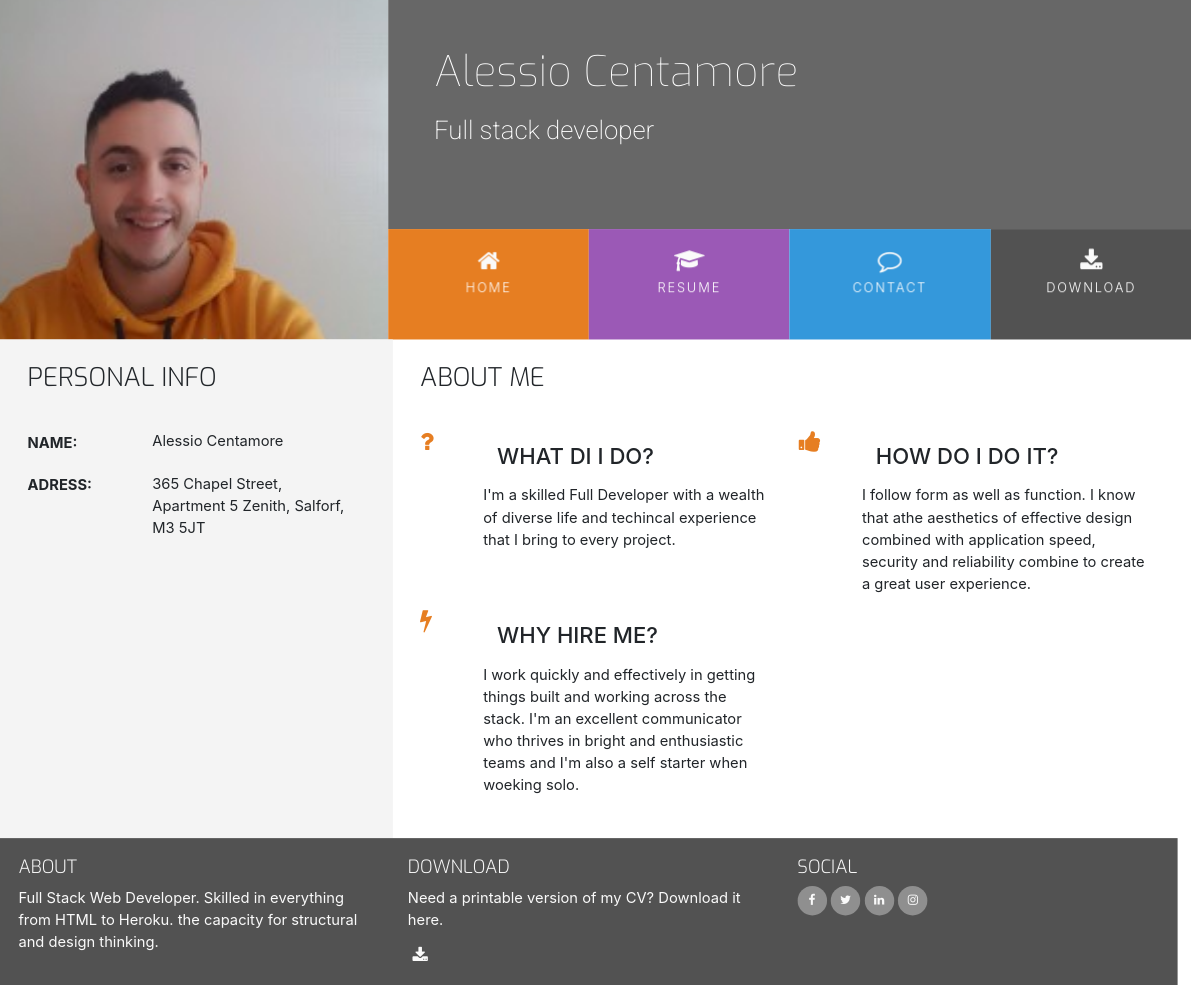
Repository: Baal89/Resume
Page: index.html
The author's editor kept a record of every edit. The page is drawn from the files as they stood at one moment, then again after the next edit.
The browser window is 1280 px wide. The page is 1295 px wide, so the pictures cover 1295 px, including what lies to the right of the window. The pictures show the whole page, at 92% of full size.

Above is the page before.

### index.html
<!DOCTYPE html>
<html lang="en">

<head>
    <meta charset="UTF-8">
    <meta name="viewport" content="width=device-width, initial-scale=1.0">
    <meta http-equiv="X-UA-Compatible" content="ie=edge">
    <link rel="stylesheet" href="https://stackpath.bootstrapcdn.com/bootstrap/4.4.1/css/bootstrap.min.css" integrity="sha384-Vkoo8x4CGsO3+Hhxv8T/Q5PaXtkKtu6ug5TOeNV6gBiFeWPGFN9MuhOf23Q9Ifjh" crossorigin="anonymous">
    <link href="https://stackpath.bootstrapcdn.com/font-awesome/4.7.0/css/font-awesome.min.css" rel="stylesheet" integrity="sha384-wvfXpqpZZVQGK6TAh5PVlGOfQNHSoD2xbE+QkPxCAFlNEevoEH3Sl0sibVcOQVnN" crossorigin="anonymous">
    <link rel="stylesheet" href="https://cdnjs.cloudflare.com/ajax/libs/hover.css/2.3.1/css/hover-min.css" type="text/css" />
    <link rel="stylesheet" href="assets/css/style.css" type="text/css" />
    <title>Alessio</title>
</head>

<body>

    <header>
        <div class="row">
            <a href="index.html" class="col-md-4 logo px-0">

            </a>
            <div class="col-md-8">
                <div class="row bg-color-name-title">
                    <div class="col heading px-0">
                        <h1 class="name">Alessio Centamore</h1>
                        <h2 class="title">Full stack developer</h2>
                    </div>
                </div>
                <div class="row">
                    <div class="col px-0">
                        <ul id="nav" class="list-inline menu-container">
                            <li class="col-6 col-sm-3 ui-menu-color-home list-inline-item menuitem">
                                <a href="#" class="hvr-sweep-to-bottom"><i class="fa fa-home" aria-hidden="true"></i><span>Home</span></a>
                            </li>
                            <li class="col-6 col-sm-3 ui-menu-color-resume list-inline-item menuitem">
                                <a href="#" class="hvr-sweep-to-bottom"><i class="fa fa-graduation-cap" aria-hidden="true"></i><span>Resume</span></a>
                            </li>
                            <li class="col-6 col-sm-3 ui-menu-color-contact list-inline-item menuitem">
                                <a href="#" class="hvr-sweep-to-bottom"><i class="fa fa-comment-o" aria-hidden="true"></i><span>Contact</span></a>
                            </li>
                            <li class="col-6 col-sm-3 ui-menu-color-download list-inline-item menuitem">
                                <a href="#" class="hvr-sweep-to-bottom"><i class="fa fa-download" aria-hidden="true"></i><span>Download</span></a>
                            </li>
                        </ul>
                    </div>
                </div>
            </div>
        </div>
    </header>

    <section class="container-fluid">
        <div class="row">
            <div class="col-md-4 bg-color-personal-info section-column">
                <div class="row">
                    <div class="col-12">
                        <h3 class="section-heading uppercase">Personal info</h3>
                    </div>
                </div>
                <div class="personal-info-item">
                    <div class="key">
                        <p class="uppercase">
                            Name:
                        </p>
                    </div>
                    <div class="value">
                        <p>
                            Alessio Centamore
                        </p>
                    </div>
                </div>
                <div class="personal-info-item">
                    <div class="key">
                        <p class="uppercase">
                            Adress:
                        </p>
                    </div>
                    <div class="value">
                        <p>
                            365 Chapel Street, Apartment 5 Zenith, Salforf, M3 5JT
                        </p>
                    </div>
                </div>
            </div>
            <div class="col-md-8 color-three-reasons section-column">
                <div class="row">
                    <div class="col">
                        <h3 class="section-heading uppercase">about me</h3>
                    </div>
                </div>
                <div class="row">
                    <div class="col-10 offset-1 offset-sm-0 col-sm-4 col-md-6">
                        <div class="row">
                            <div class="col-2">
                                <i class="three-resons-icon fa fa-question" aria-hidden="true"></i>
                            </div>
                            <div class="col-10">
                                <h4 class="three-reasons-heading uppercase">What di I do?</h4>
                                <p>I'm a skilled Full Developer with a wealth of diverse life and
                                techincal experience that I bring to every project.</p>
                            </div>
                        </div>
                    </div>
                    <div class="col-10 offset-1 offset-sm-0 col-sm-4 col-md-6">
                        <div class="row">
                            <div class="col-2">
                                <i class="three-resons-icon fa fa-thumbs-up" aria-hidden="true"></i>
                            </div>
                            <div class="col-10">
                                <h4 class="three-reasons-heading uppercase">How do I do it?</h4>
                                <p>I follow form as well as function. I know that athe aesthetics of effective
                                design combined with application speed, security and reliability combine to
                                create a great user experience.</p>
                            </div>
                        </div>
                    </div>
                    <div class="col-10 offset-1 offset-sm-0 col-sm-4 col-md-6">
                        <div class="row">
                            <div class="col-2">
                                <i class="three-resons-icon fa fa-bolt" aria-hidden="true"></i>
                            </div>
                            <div class="col-10">
                                <h4 class="three-reasons-heading uppercase">Why hire me?</h4>
                                <p>I work quickly and effectively in getting things built and working across the stack. I'm an excellent
                                communicator who thrives in bright and enthusiastic teams and I'm also a self starter when woeking solo.</p>
                            </div>
                        </div>
                    </div>
                </div>
            </div>
        </div>
    </section>

    <footer class="container-fluid" id="footer-details">
        <div class="row">
            <div class="col-sm-4">
                <h5 class="uppercase general-sub">About</h5>
                <p class="inline-block">Full Stack Web Developer. Skilled in everything from HTML to Heroku. the capacity for structural and design thinking.</p>
            </div>
            <div class="col-sm-4">
                <h5 class="uppercase general-sub">Download</h5>
                <p class="inline-block">Need a printable version of my CV? Download it here.</p>
                <a href="#" target="_blank" class="cv-pdf">
                    <i class="fa fa-download" aria-hidden="true"></i>
                    <span class="sr-only">Download link.</span>
                </a>
            </div>
            <div class="col-sm-4">
                <h5 class="uppercase general-sub">Social</h5>
                <ul class="list-inline social-links">
                    <li class="list-inline-item">
                        <a target="_blank" href="#">
                            <i class="fa fa-facebook" aria-hidden="true"></i>
                            <span class="sr-only">Facebook</span>
                        </a>
                    </li>
                     <li class="list-inline-item">
                        <a target="_blank" href="#">
                            <i class="fa fa-twitter" aria-hidden="true"></i>
                            <span class="sr-only">Twitter</span>
                        </a>
                    </li>
                     <li class="list-inline-item">
                        <a target="_blank" href="#">
                            <i class="fa fa-linkedin" aria-hidden="true"></i>
                            <span class="sr-only">Linkedin</span>
                        </a>
                    </li>
                     <li class="list-inline-item">
                        <a target="_blank" href="#">
                            <i class="fa fa-instagram" aria-hidden="true"></i>
                            <span class="sr-only">Instagram</span>
                        </a>
                    </li>
                </ul>
            </div>
        </div>
    </footer>

</body>

</html>

### assets/css/style.css
@import url('https://fonts.googleapis.com/css?family=Roboto:100,200,300,400,500,600,700|Exo:100,200,300,400,500,600,700&display=swap');


/*-----------------------------------------------------------------Colors */

.bg-color-name-title {
    background-color: #676767;
}

.bg-color-three-resons {
    background-color: #fff;
}

.bg-color-personal-info {
    background-color: #f4f4f4
}

.bg-color-personal-work-history {
    background-color: #9b59b6;
}

.ui-menu-color-home {
    background-color: #e67e22;
}

.ui-menu-color-resume {
    background-color: #9b59b6;
}

.ui-menu-color-contact {
    background-color: #3498db;
}

.ui-menu-color-download {
    background-color: #525252;
}

/* ---------------------------------------------------------------Special padding/margins/text */

h1,
h2,
h3,
h4 {
    margin: 0;
}

.uppercase {
    text-transform: uppercase;
}

.general-sub {
    font-family: "Exo", sans-serif;
    font-weight: 300;
    color: #fafafa;
}

.inline-block {
    display: inline-block;
}

.row-table {
    display: table;
}

.section-column {
    display: table-cell;
    padding: 0 30px 30px;
    float: none;
}

.section-heading,
.history-heading {
    font-family: "Exo", sans-serif;
    font-weight: 300;
    margin-top: 25px;
    margin-bottom: 40px;
}

/* ---------------------------------------------------------------Heading */

header {
    margin: 0;
}

.heading {
    margin-left: 50px;
}

.logo {
    background-image: url("../img/Alessio.jpg");
    background-position: center;
    background-repeat: no-repeat;
    background-size: cover;
    min-height: 360px;
    transition: all .5s ease-in-out;
    -moz-transition: all .5s ease-in-out;
    -webkit-transition: all .5s ease-in-out;
}

.name {
    font-family: Exo, sans-serif;
    font-weight: 100;
    font-size: 46px;
    margin-top: 50px;
    color: #ffffff;
}

.title {
    font-family: Roboto, sans-serif;
    font-weight: 200;
    font-size: 28px;
    margin-top: 20px;
    margin-bottom: 90px;
    color: #ffffff;
}

.list-inline-item:not(:last-child) {
    margin-right: 0 !important;
}

.menu-container {
    font-size: 0;
}

#nav li {
    font-size: 14px;
    padding: 0;
}

.menuitem {
    height: 120px;
    text-align: center;
    padding: 0;
}

.menuitem a {
    width: 100%;
    text-decoration: none;
    color: #fff;
    height: 120px;
}

.menuitem i {
    padding-top: 22px;
    display: block;
    color: #fafafa;
    font-size: 26px;
}

.menuitem span {
    display: block;
    width: 100%;
    padding-top: 5px;
    text-align: center;
    text-transform: uppercase;
    font-size: 14px;
    font-weight: 300;
    letter-spacing: 2px;
}

#nav {
    margin: 0;
}

/* ---------------------------------------------------------------Hover */

.hvr-sweep-to-bottom:before {
    background-color: rgba(0,0,0, 0.2);
    height: 120px;
}

/* --------------------------------------------------------------Footer */

footer {
    background-color: #525252;
    color: #fafafa;
    min-height: 120px;
    margin: 0;
}

.cv-pdf i {
    font-size: 18px;
    color: #fafafa;
    text-align: center;
    padding-left: 5px;
    transition: all 0.35s ease-in-out;
    -moz-0transition: all 0.35s ease-in-out;
    -webkit-transition: all 0.35s ease-in-out;
    -o-transition: all 0.35s ease-in-out;
}

.cv-pdf i:hover {
    color: #e84610;
}

.social-links {
    padding-bottom: 15px;
}

.social-links li a i {
    width: 32px;
    height: 32px;
    padding: 12px 0;
    border-radius: 50%;
    font-size: 13px;
    line-height: 7px;
    text-align: center;
    color: #fafafa;
    background-color: #8f8f8f;
    transition: all 0.35s ease-in-out;
    -moz-0transition: all 0.35s ease-in-out;
    -webkit-transition: all 0.35s ease-in-out;
    -o-transition: all 0.35s ease-in-out;
}

.social-links li a i:hover {
    background-color: #e84610;
}

#footer-details {
    padding: 20px;
}

/* --------------------------------------------------------------three reasons */


.three-resons-icon {
    font-size: 26px;
    color: #e67e22;
}

.three-reasons-heading {
    margin: 15px;
}

/* --------------------------------------------------------------Personal info*/

.personal-info-item {
    margin-bottom: 20px;
    display: block;
    clear: both;
}

.personal-info-item .key,
.personal-info-item .value {
    padding-right: 8px;
    display: inline-block;
}

.personal-info-item .key p,
.personal-info-item .value p {
    margin: 0;
}

.personal-info-item .key {
    width: 30%;
    margin-right: 21px;
    padding-top: 2px;
    vertical-align: top;
}

.personal-info-item .key p {
    font-weight: 700;
}

.personal-info-item .value {
    position: relative;
    width: 60%;
}

/* --------------------------------------------------------------skills */

.progress {
    position: relative;
    height: 25px;
    margin-bottom: 4px;
}

.progress-type {
    position: absolute;
    left: 0px;
    font-weight: 400;
    padding: 3px 30px 2px 10px;
    color: #fafafa;
    background-color: rgba(25, 25, 25, 0.2);
}

.progress-section {
    margin: 40px 20px;
}

/* ---------------------------------------------------------------work history */

.history-heading {
    color: #fafafa;
    margin-bottom: 50px;
}

.timeline-item {
    padding: 43em 2em 0em 2em;
    position: relative;
    color: #fafafa;
    border-left: 1px solid;
}

.timeline-item p {
    padding: 0;
    margin: 0;
}

.timeline-item:before {
    content: attr(data-dates);
    position: absolute;
    left: 2.5em;
    top: 3em;
    display: block;
    font-family: "Exo" , sans-serif;
    font-weight: 500;
    font-size: 0.8em;
    padding: 0;
    margin: 0;
}

.tiimeline-item:after {
    width: 12px;
    height: 12px;
    display: block;
    top: 2.4em;
    position: absolute;
    left: -6px;
    border-radius: 12px;
    content: "";
    background-color: #fafafa;
}

After the next edit:
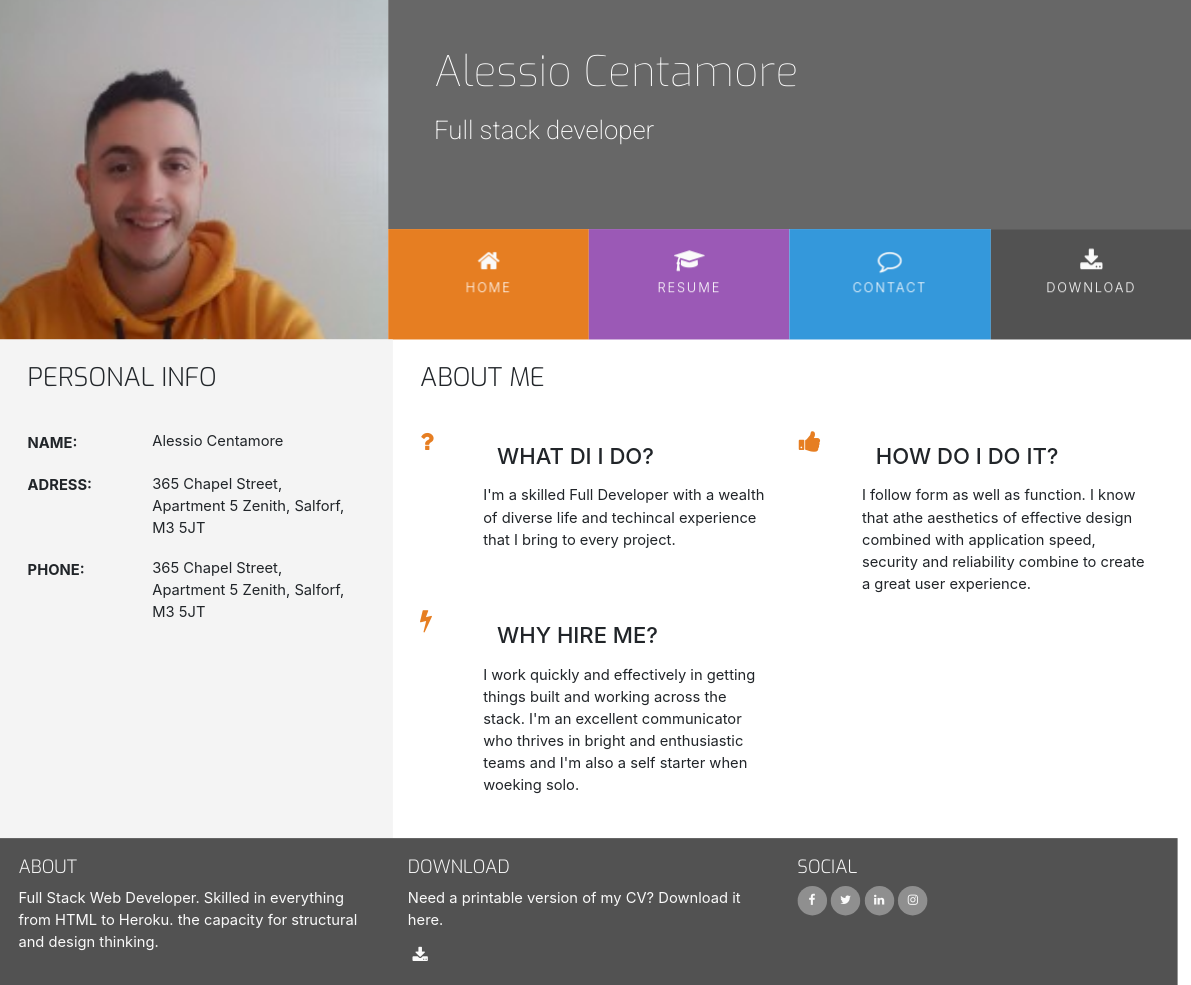
The edit:
--- a/index.html
+++ b/index.html
@@ -72,6 +72,18 @@
                     <div class="key">
                         <p class="uppercase">
                             Adress:
+                        </p>
+                    </div>
+                    <div class="value">
+                        <p>
+                            365 Chapel Street, Apartment 5 Zenith, Salforf, M3 5JT
+                        </p>
+                    </div>
+                </div>
+                <div class="personal-info-item">
+                    <div class="key">
+                        <p class="uppercase">
+                            Phone:
                         </p>
                     </div>
                     <div class="value">
